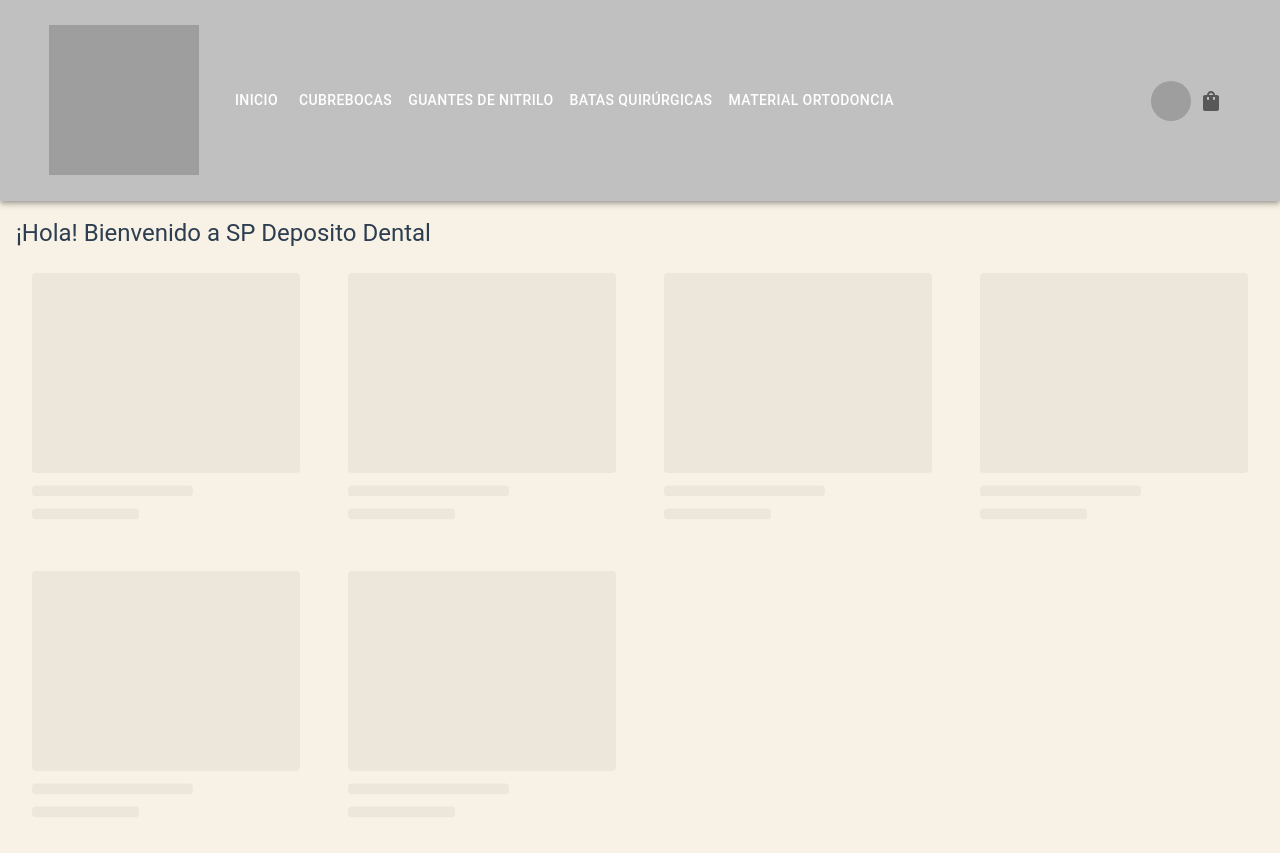
Repository: SebastianPineiro10/ecommerce-coderhouse
Page: /
These files come from the project's save history. The page is drawn as it stood at one moment and after the next save; the edit follows.
The browser window is 1280 px wide. The pictures show the whole page.
Pictures or frames that could not be fetched are drawn as grey boxes. The page's requests for data from a server got no answer. The project was rebuilt for these pictures with package versions that can differ from the ones it lists, and the page was loaded fresh each time. No one was signed in, and anything a server would have sent is missing. Also part of the build but not shown: vite.config.js, src/components/common/card/productcard.css, src/components/common/card/ProductCard.jsx, src/components/pages/ItemListContainer/ItemList.jsx, src/components/pages/ItemDetail/ItemDetail.jsx, src/components/pages/ItemDetail/ItemDetailContainer.jsx, src/components/pages/cart/CartContainer.jsx, src/components/pages/checkout/Checkout.jsx and 2 more.

Above is the page before, as saved 2024-11-18 22:13:15.

After the next save:
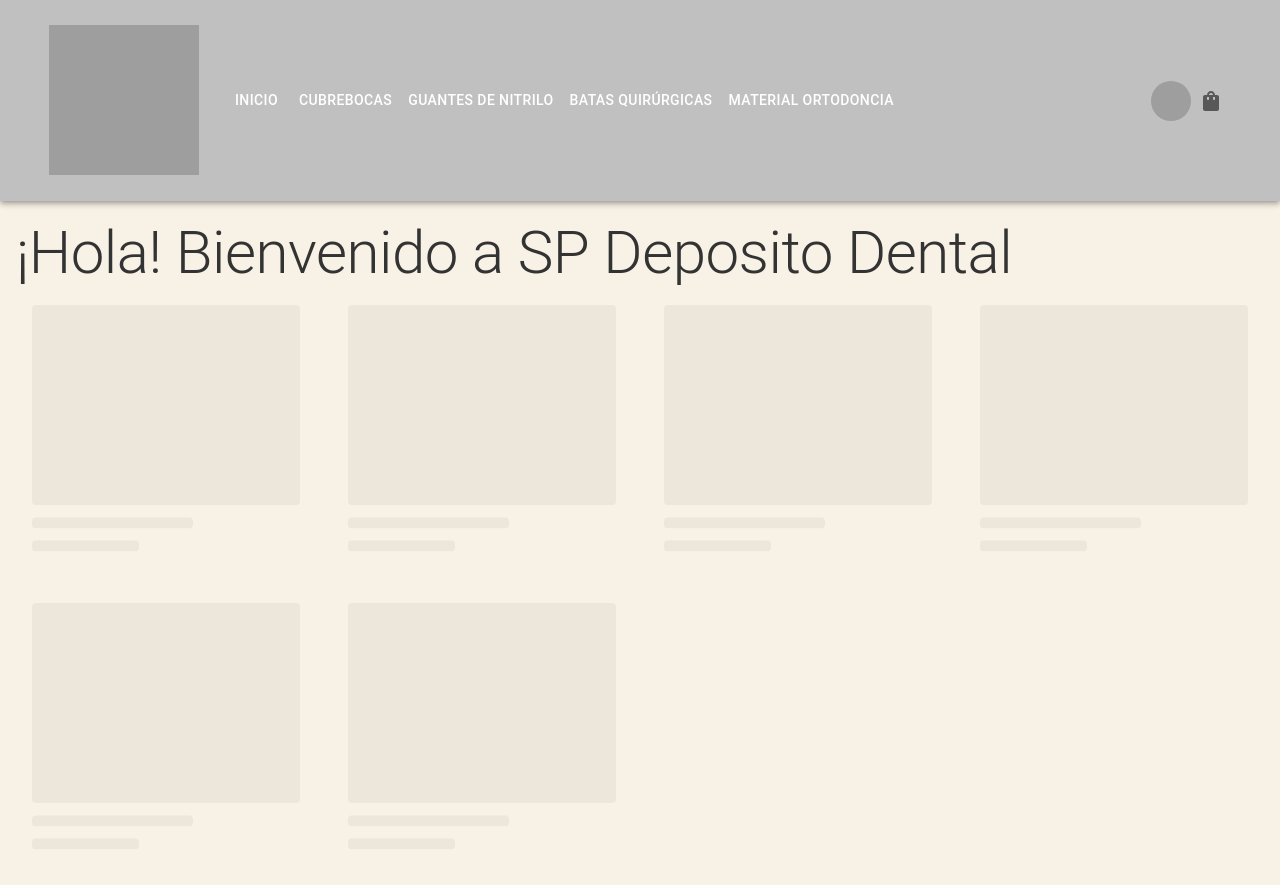
Saved 8 min 40 s later.
--- a/src/components/pages/ItemListContainer/ItemListContainer.jsx
+++ b/src/components/pages/ItemListContainer/ItemListContainer.jsx
@@ -6,6 +6,7 @@
 import { db } from "../../../firebaseConfig";
 import { products } from "../../../products";
 import ItemList from "./ItemList";
+import "ItemListContainer.css";
 
 export const ItemListContainer = ({greeting}) => {
   const { categoryId } = useParams();
@@ -77,7 +78,7 @@
 
   return (
     <Box sx={{ padding: 2 }}>
-      <Typography variant="h5" gutterBottom>
+      <Typography variant="h2" className="welcome-title">
         {greeting}
       </Typography>
 
